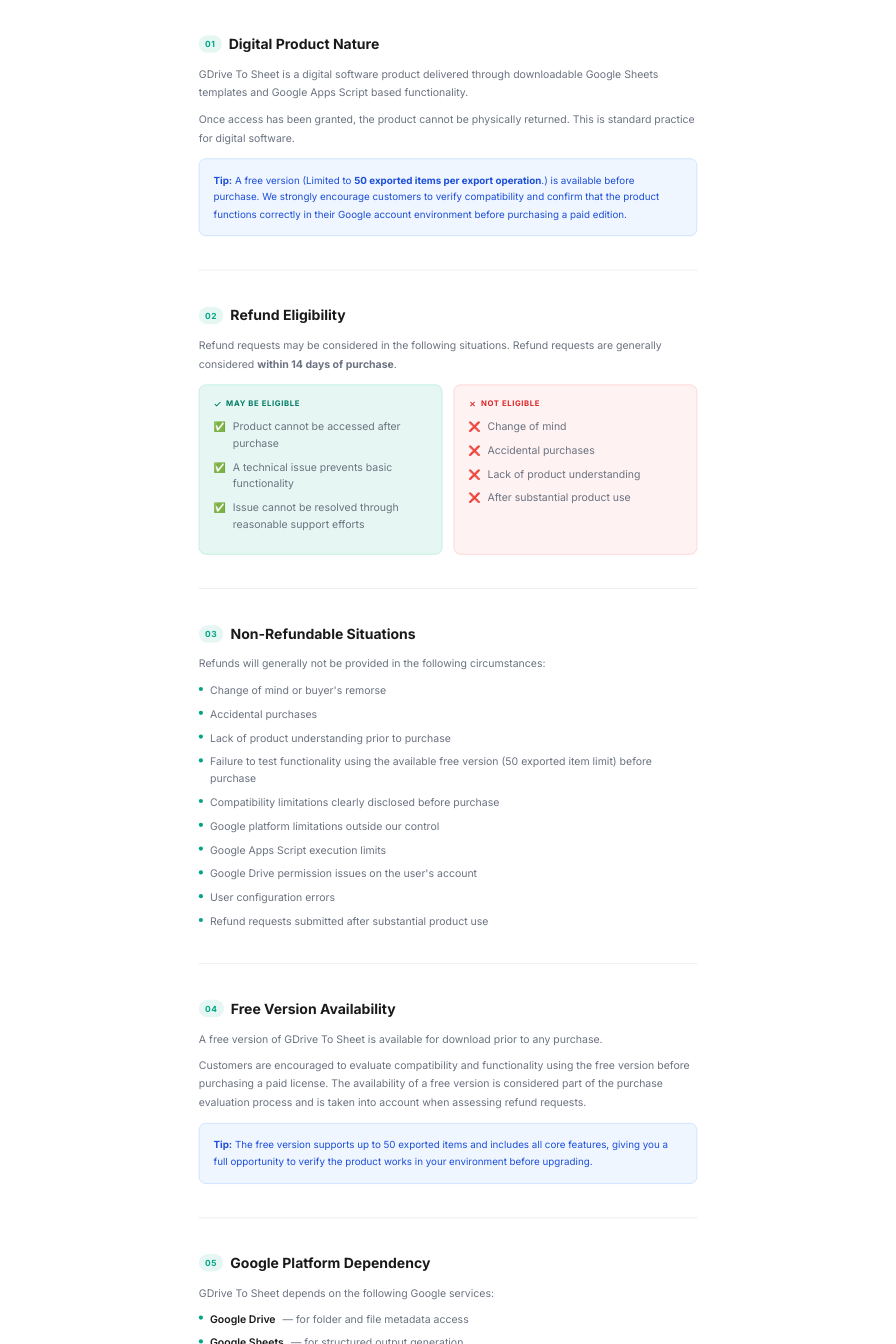
Repository: toishitool/gdrive-to-sheet
Page: refund-policy.html
An editor plug-in stored every save of this project. The page is shown before and after the next save, followed by the edit.
The browser window is 1280 px wide. The pictures show the part of the page from y = 596 to 2516 px (the page is 3691 px tall before and 3666 px after), at 70% of full size.

Above is the page before, as saved 2026-06-21 21:28:59.

After the next save:
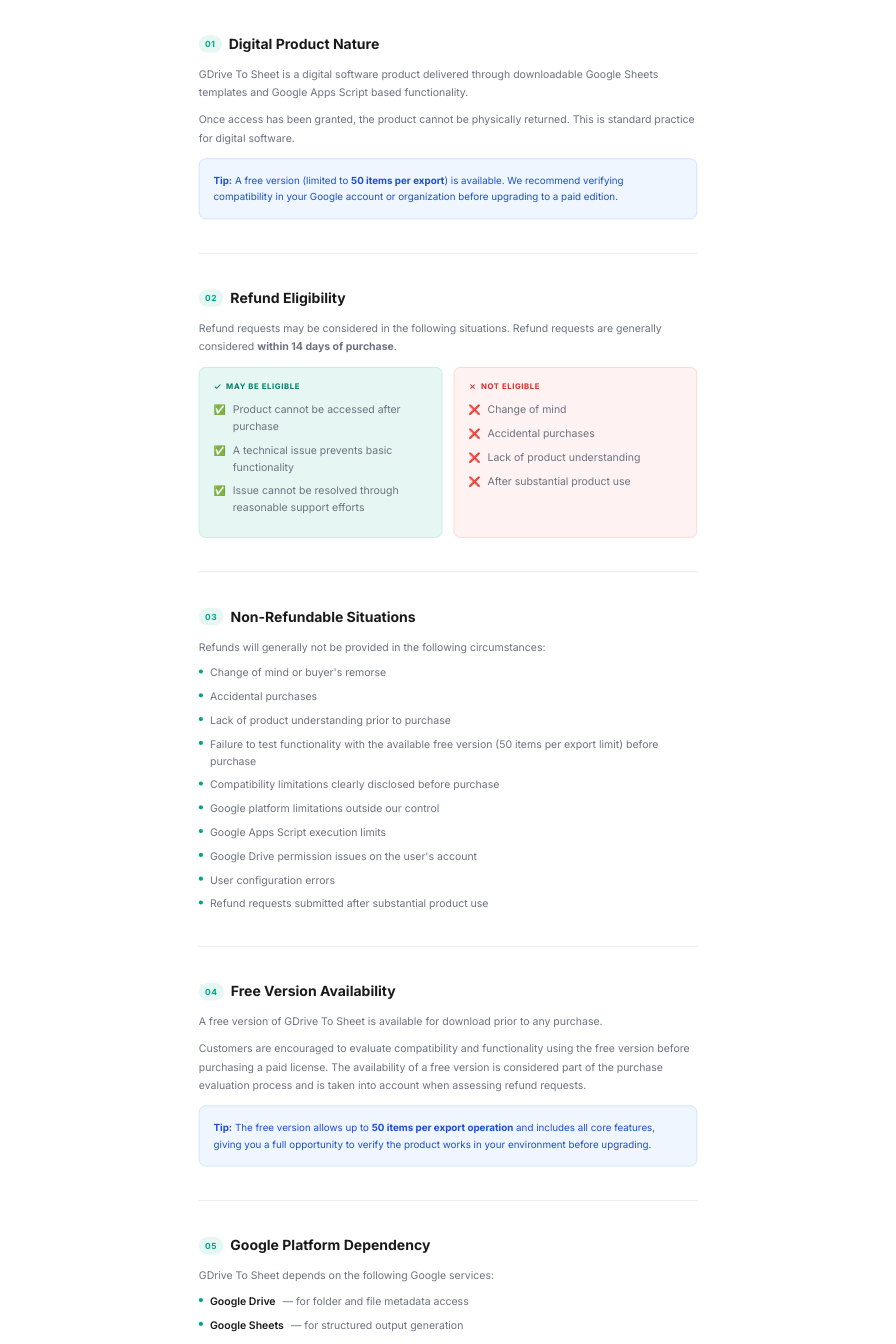
Saved 8 min 36 s later.
--- a/refund-policy.html
+++ b/refund-policy.html
@@ -60,8 +60,9 @@
       <p>GDrive To Sheet is a digital software product delivered through downloadable Google Sheets templates and Google Apps Script based functionality.</p>
       <p>Once access has been granted, the product cannot be physically returned. This is standard practice for digital software.</p>
       <div class="highlight-card tip">
-        <p><strong>Tip:</strong> A free version (Limited to <strong>50 exported items per export operation</strong>.) is available before purchase. We strongly encourage customers to verify compatibility and confirm that the product functions correctly in their Google account environment before purchasing a paid edition.</p>
-      </div>
+  <p><strong>Tip:</strong> A free version (limited to <strong>50 items per export</strong>) is available. We recommend verifying compatibility in your Google account or organization before upgrading to a paid edition.</p>
+</div>
+
     </div>
     <div class="section-divider"></div>
 
@@ -103,7 +104,8 @@
         <li>Change of mind or buyer's remorse</li>
         <li>Accidental purchases</li>
         <li>Lack of product understanding prior to purchase</li>
-        <li>Failure to test functionality using the available free version (50 exported item limit) before purchase</li>
+        <li>Failure to test functionality with the available free version (50 items per export limit) before purchase</li>
+
         <li>Compatibility limitations clearly disclosed before purchase</li>
         <li>Google platform limitations outside our control</li>
         <li>Google Apps Script execution limits</li>
@@ -119,7 +121,7 @@
       <p>A free version of GDrive To Sheet is available for download prior to any purchase.</p>
       <p>Customers are encouraged to evaluate compatibility and functionality using the free version before purchasing a paid license. The availability of a free version is considered part of the purchase evaluation process and is taken into account when assessing refund requests.</p>
       <div class="highlight-card tip">
-        <p><strong>Tip:</strong> The free version supports up to 50 exported items and includes all core features, giving you a full opportunity to verify the product works in your environment before upgrading.</p>
+        <p><strong>Tip:</strong> The free version allows up to <strong>50 items per export operation</strong> and includes all core features, giving you a full opportunity to verify the product works in your environment before upgrading.</p>
       </div>
 
     </div>
